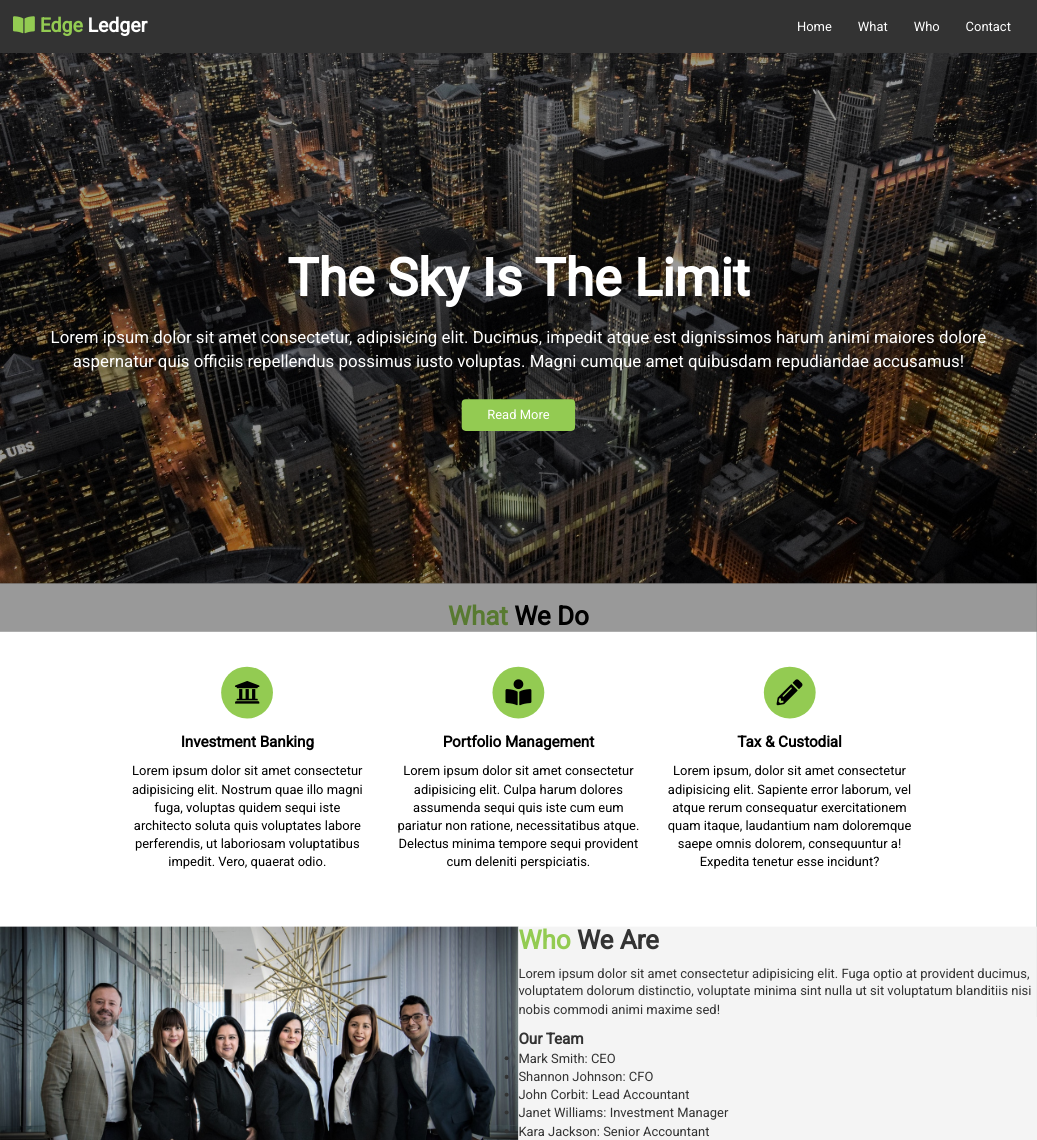
Repository: minhtien9/EdgeLedger-Financial-Web
Page: index.html
An editor plug-in stored every save of this project. The page is shown before and after the next save, followed by the edit.
The browser window is 1280 px wide. The pictures show the whole page, at 81% of full size.

Above is the page before, as saved 2021-08-16 22:35:19.

After the next save:
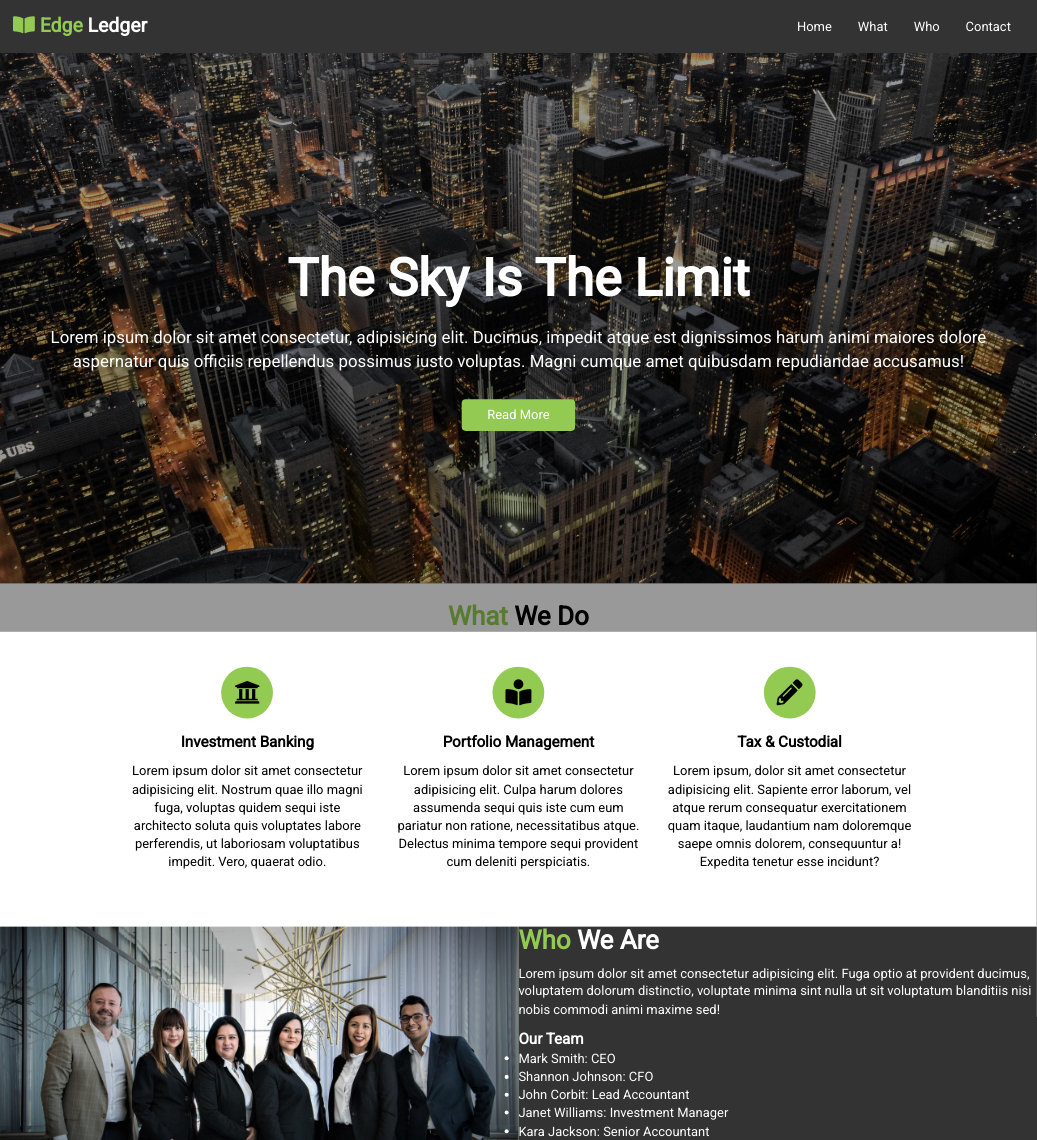
Saved 7 s later.
--- a/css/style.css
+++ b/css/style.css
@@ -42,8 +42,8 @@
 }
 
 .bg-dark {
-    background: #f4f4f4;
-    color: #333;
+    background: #333;
+    color: #fff;
 }
 
 .l-heading {
